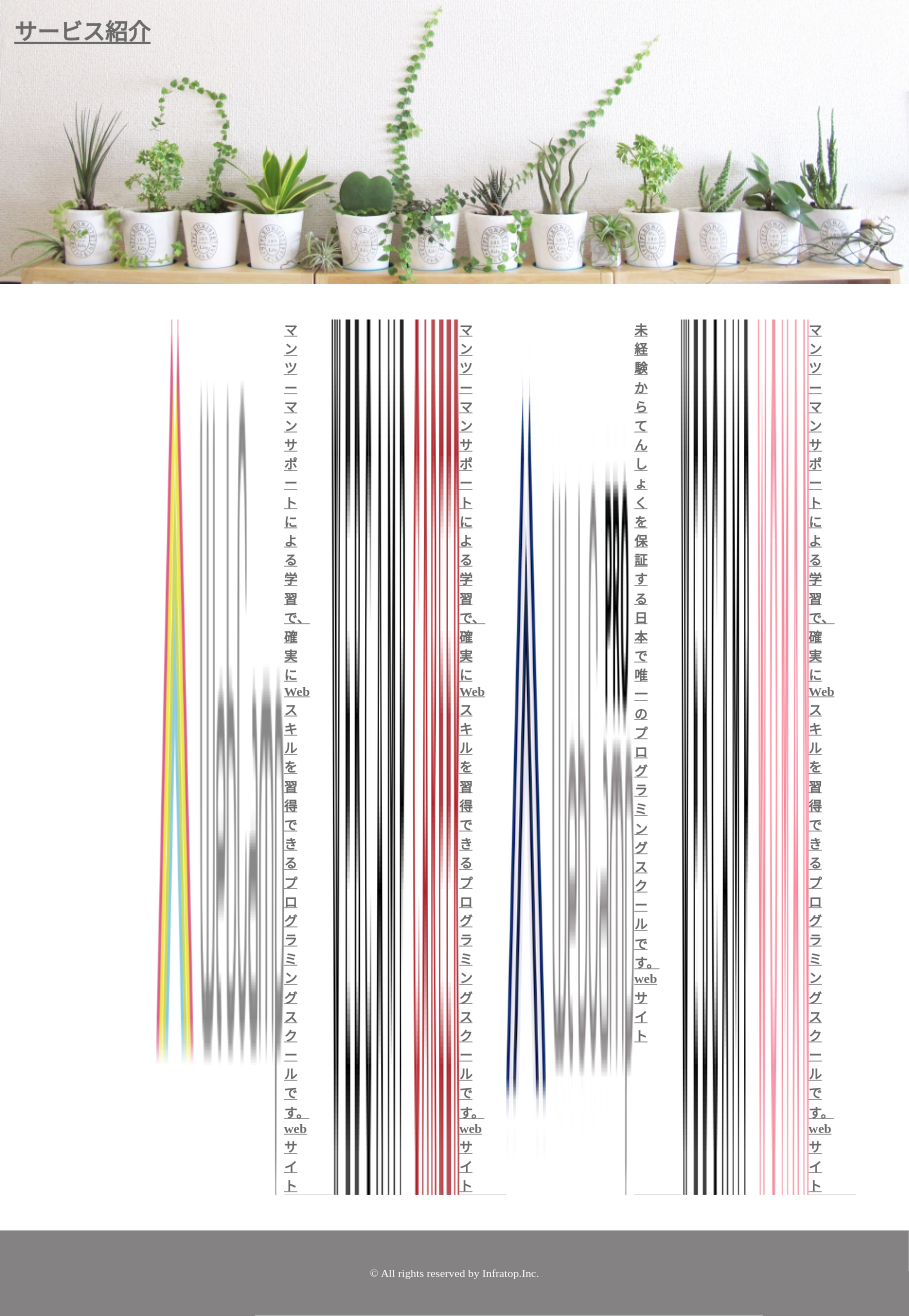
Repository: momopomi/htmlcss
Page: exercise/1-7.html
The author's editor kept a record of every edit. The page is drawn from the files as they stood at one moment, then again after the next edit.
The browser window is 1280 px wide. The pictures show the whole page, at 71% of full size.

Above is the page before.

After the next edit:
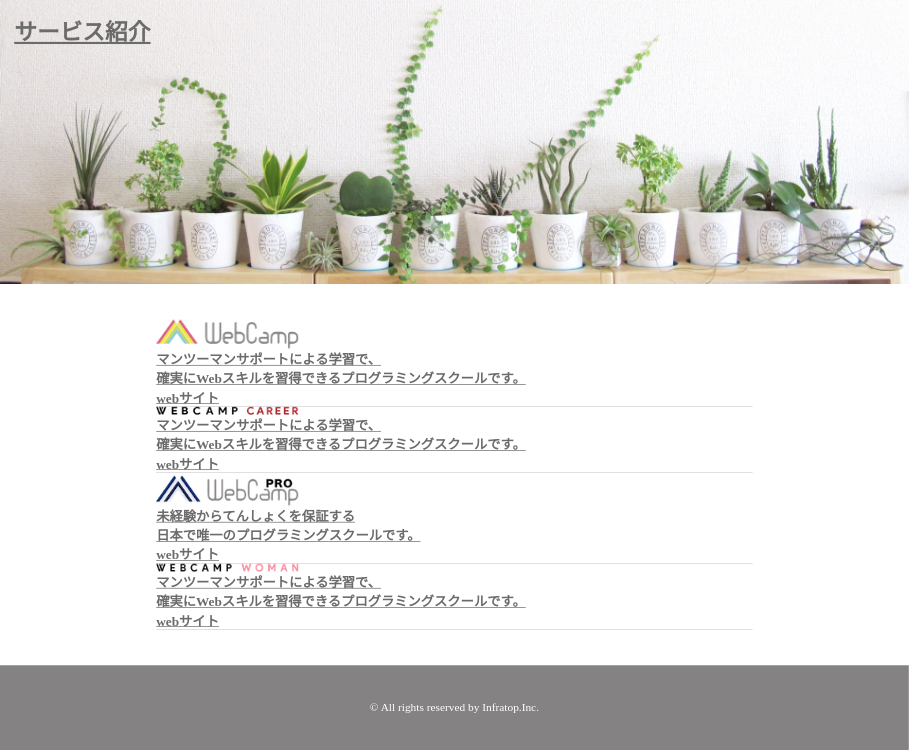
The edit:
--- a/exercise/1-7.css
+++ b/exercise/1-7.css
@@ -27,7 +27,8 @@
   width: 840px;
   padding:50px 0;
   display: flex;
-  justify: center;
+  flex-direction: column;
+  justify-content: center;
   margin: 0 auto;
 }
 
